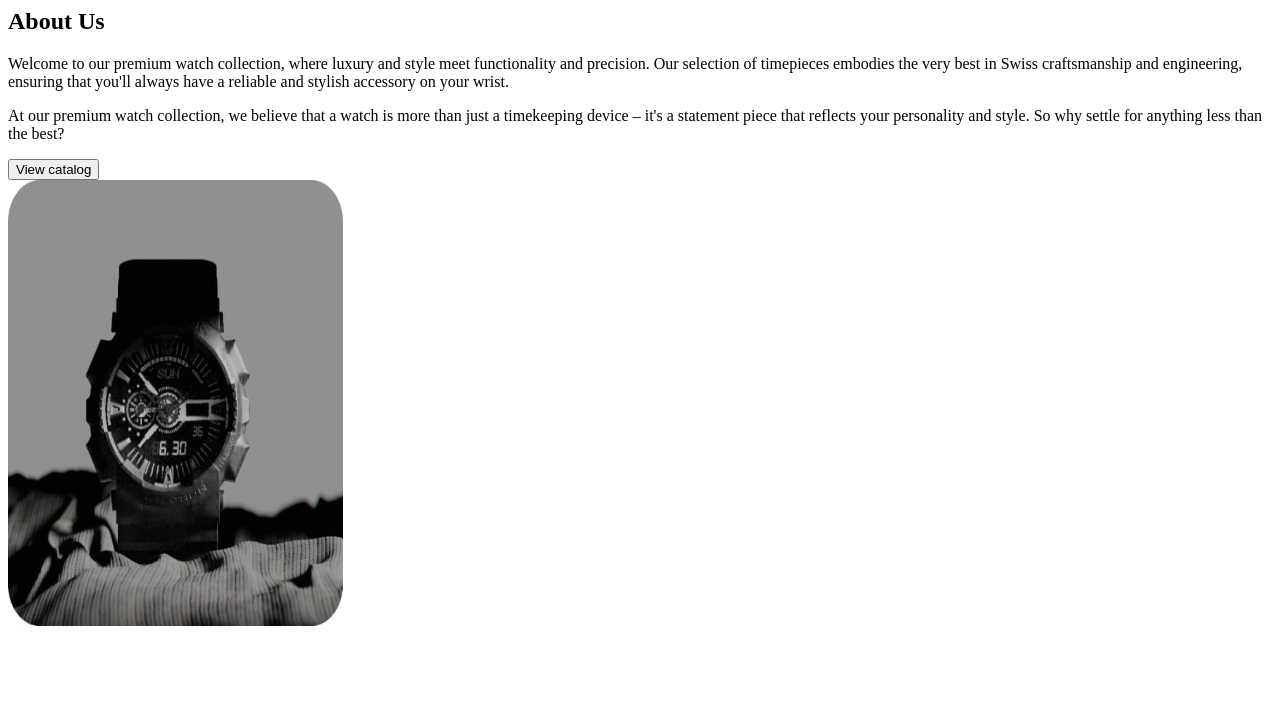
Repository: DenysOvsiienko/105-cyber-solutions-team-project
Page: src/partials/about-us.html
An editor plug-in stored every save of this project. The page is shown before and after the next save, followed by the edit.
The browser window is 1280 px wide. The pictures show the whole page.

Above is the page before, as saved 2024-03-23 00:08:07.

### src/partials/about-us.html
<section id="about-us">
    <div class="container">
        <div class="block">
            <div class="text">
            <h2 class="about-us">About Us</h2>
            <div class="block-par">
                <p class="text-par-1">Welcome to our premium watch collection, where luxury and style meet functionality and precision. Our selection of timepieces embodies the very best in Swiss craftsmanship and engineering, ensuring that you'll always have a reliable and stylish accessory on your wrist.</p>
                <p class="text-par-2">At our premium watch collection, we believe that a watch is more than just a timekeeping device – it's a statement piece that reflects your personality and style. So why settle for anything less than the best? </p>
            </div>
            </div>
            <button type="button" class="button">View catalog</button>
        </div>
        <div class="about-us-photo">
            <picture>
                <source media="(min-width:1280px)"
                        srcset="../img/desktop-about-us-img.jpg, ../imc/desktop-about-us-img@2x.jpg">
                    <source media="(min-width:768px)"
                        srcset="../img/tablet-about-us-img.jpg, ../img/tablet-about-us-img@2x.jpg">
                    <source media="(min-width: 375px)"
                        srcset="../img/mobile-about-us-img.jpg, ../img/mobile-about-us-img@2x.jpg">
                <img src="./img/about-us/mobile-about-us-img.jpg" alt="Banking App" width="335" height="446"/>
            </picture>
        </div>
    </div>
</section>

After the next save:
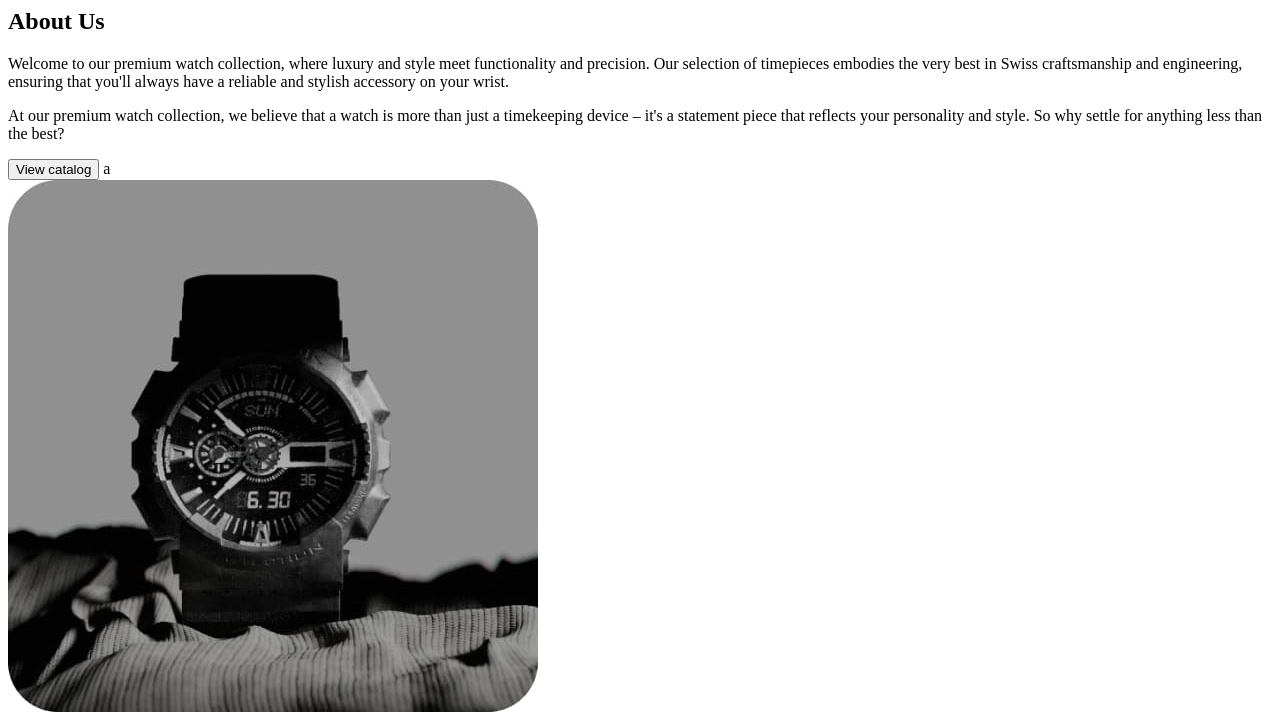
Saved 6 min 57 s later.
--- a/src/partials/about-us.html
+++ b/src/partials/about-us.html
@@ -1,25 +1,48 @@
-<section id="about-us">
-    <div class="container">
-        <div class="block">
-            <div class="text">
-            <h2 class="about-us">About Us</h2>
-            <div class="block-par">
-                <p class="text-par-1">Welcome to our premium watch collection, where luxury and style meet functionality and precision. Our selection of timepieces embodies the very best in Swiss craftsmanship and engineering, ensuring that you'll always have a reliable and stylish accessory on your wrist.</p>
-                <p class="text-par-2">At our premium watch collection, we believe that a watch is more than just a timekeeping device – it's a statement piece that reflects your personality and style. So why settle for anything less than the best? </p>
-            </div>
-            </div>
-            <button type="button" class="button">View catalog</button>
-        </div>
-        <div class="about-us-photo">
-            <picture>
-                <source media="(min-width:1280px)"
-                        srcset="../img/desktop-about-us-img.jpg, ../imc/desktop-about-us-img@2x.jpg">
-                    <source media="(min-width:768px)"
-                        srcset="../img/tablet-about-us-img.jpg, ../img/tablet-about-us-img@2x.jpg">
-                    <source media="(min-width: 375px)"
-                        srcset="../img/mobile-about-us-img.jpg, ../img/mobile-about-us-img@2x.jpg">
-                <img src="./img/about-us/mobile-about-us-img.jpg" alt="Banking App" width="335" height="446"/>
-            </picture>
-        </div>
+<section class="about-us" id="about-us">
+  <div class="container">
+    <div class="about-us-text-wrapper">
+      <h2 class="about-us-title">About Us</h2>
+      <div class="about-us-text-container">
+        <p class="about-us-paragraph">
+          Welcome to our premium watch collection, where luxury and style meet
+          functionality and precision. Our selection of timepieces embodies the
+          very best in Swiss craftsmanship and engineering, ensuring that you'll
+          always have a reliable and stylish accessory on your wrist.
+        </p>
+        <p class="about-us-paragraph">
+          At our premium watch collection, we believe that a watch is more than
+          just a timekeeping device – it's a statement piece that reflects your
+          personality and style. So why settle for anything less than the best?
+        </p>
+      </div>
+      <button type="button" class="main-btn">View catalog</button>
+      a
     </div>
+    <div class="about-us-photo">
+      <picture>
+        <source
+          media="(min-width:1280px)"
+          srcset="
+            ./img/about-us/desktop-about-us-img.jpg    1x,
+            ./img/about-us/desktop-about-us-img@2x.jpg 2x
+          "
+        />
+        <source
+          media="(min-width:768px)"
+          srcset="
+            ./img/about-us/tablet-about-us-img.jpg    1x,
+            ./img/about-us/tablet-about-us-img@2x.jpg 2x
+          "
+        />
+        <source
+          media="(min-width: 375px)"
+          srcset="
+            ./img/about-us/mobile-about-us-img.jpg    1x,
+            ./img/about-us/mobile-about-us-img@2x.jpg 2x
+          "
+        />
+        <img src="./img/about-us/mobile-about-us-img.jpg" alt="watch" />
+      </picture>
+    </div>
+  </div>
 </section>
